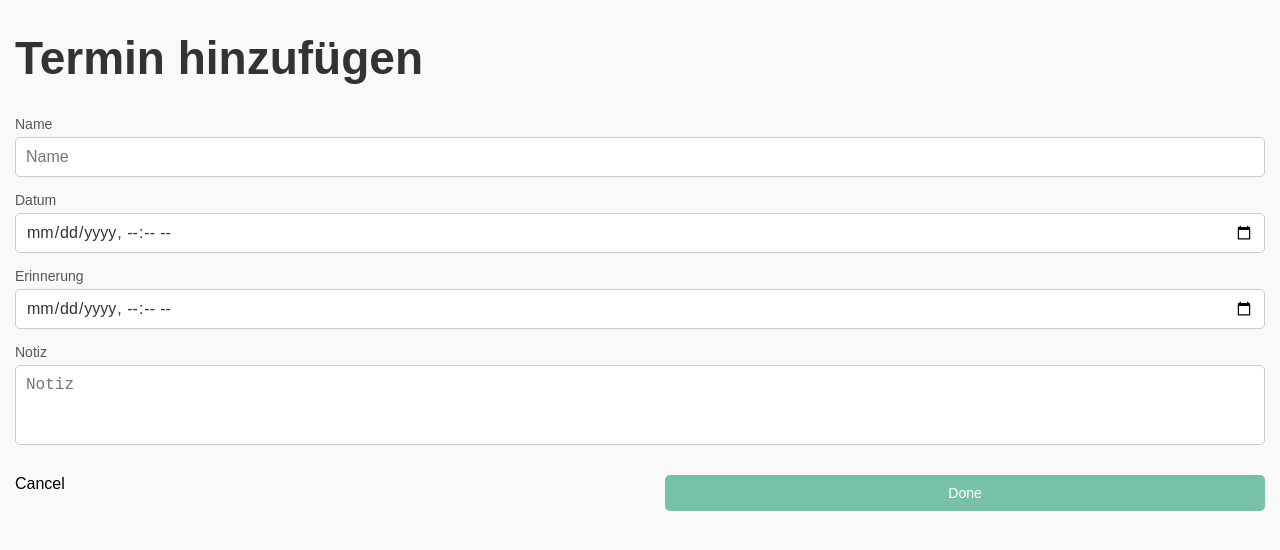
Repository: jakemoes/Pet-Tracker
Page: PWA/addAppointment.html
The author's editor kept a copy of each file at every save. The page is drawn from the files as they stood at one save, then again after the next save.
The browser window is 1280 px wide. The pictures show the whole page.

Above is the page before, as saved 2024-12-06 20:05:18.

### PWA/addAppointment.html
<!DOCTYPE html>
<html lang="de">
<head>
    <meta charset="UTF-8">
    <meta name="viewport" content="width=device-width, initial-scale=1.0">
    <link rel="stylesheet" href="addAppointment.css">
    <title>Termin hinzufügen</title>
</head>
<body>
    <div class="form-container">
        <h1>Termin hinzufügen</h1>
        <form>
            <label for="name">Name</label>
            <input type="text" id="name" name="name" placeholder="Name">

            <label for="datum">Datum</label>
            <input type="datetime-local" id="datum" name="datetime">

            <label for="erinnerung">Erinnerung</label>
            <input type="datetime-local" id="erinnerung" name="erinnerung">

            <label for="notiz">Notiz</label>
            <textarea id="notiz" name="notiz" placeholder="Notiz"></textarea>

            <div class="button-container">
                <form type="button" type="onclick" href="appointment.html" class="cancel-btn">Cancel</form>
                <button type="submit" class="done-btn">Done</button>
            </div>
        </form>
    </div>
</body>
</html>

### PWA/addAppointment.css
body {
    font-family: Arial, sans-serif;
    margin: 0;
    padding: 0;
    background-color: #f9f9f9;
    width: 100%;
    overflow: hidden;
}

.container {
    max-width: 100%;
    max-height: 100%;
    margin-top: 15px;
    margin-right: 15px;
    margin-left: 15px;
}

header {
    display: flex;
    justify-content: space-between;
    align-items: center;
}

h1 {

    position: relative;
    font-size: 46px;
    text-align: left;
    margin-left: 15px;
    color: #333;

}

form {
    display: flex;
    flex-direction: column;
    width: 100%; /* Form nimmt die volle Breite der Webseite ein */
    padding: 0 15px; /* 15px Abstand an beiden Seiten */
    box-sizing: border-box; /* Padding wird in der Breitenberechnung berücksichtigt */
    max-width: 100%; /* Verhindert, dass das Formular breiter als der Bildschirm wird */
}

label {
    margin-bottom: 5px;
    color: #555;
    font-size: 14px;
}

input, textarea {
    margin-bottom: 15px; /* Abstand zwischen den Eingabefeldern */
    padding: 10px;
    border: 1px solid #ccc;
    border-radius: 5px;
    font-size: 16px;
    width: 100%; /* Eingabefelder und Textarea nehmen die volle Breite des Formulars ein */
    box-sizing: border-box; /* Padding und Border werden in der Breitenberechnung berücksichtigt */
}

textarea {
    resize: none;
    height: 80px;
}

input[type="datetime-local"] {
    font-family: Arial, sans-serif; /* Einheitliche Schriftart */
    font-size: 16px; /* Schriftgröße */
    color: #333; /* Textfarbe */
    background-color: #FFF; /* Hintergrundfarbe */
    border: 1px solid #ccc; /* Rahmen */
    border-radius: 5px; /* Abgerundete Ecken */
    padding: 10px; /* Innenabstand */
    box-sizing: border-box; /* Verhindert Überschreiten der Breite */
    width: 100%; /* Volle Breite */
    max-width: 100%; /* Maximalbreite verhindern */
    height: 40px;
    appearance: none; /* Entfernt die native Darstellung */
    text-align: left;
}

/* Anpassung für iOS Safari */
input[type="date"]::-webkit-calendar-picker-indicator {
    background: transparent; /* Hintergrund des Kalendersymbols */
    color: #333; /* Farbe des Symbols (falls sichtbar) */
    cursor: pointer; /* Cursor-Stil */
}

.button-container {
    display: flex;
    justify-content: space-between;
    width: 100%; /* Container für Buttons nimmt die volle Breite des Formulars ein */
    margin-top: 15px;
}

.cancel-btn, .done-btn {
    border: none;
    border-radius: 5px;
    padding: 10px 15px;
    font-size: 14px;
    cursor: pointer;
    width: 48%; /* Buttons nehmen jeweils 48% der Breite des Containers ein */
}

.cancel-btn {
    background-color: #e0e0e0;
    color: #333;
}

.done-btn {
    background-color: #77c1a9;
    color: #fff;
}

.cancel-btn:hover {
    background-color: #d6d6d6;
}

.done-btn:hover {
    background-color: #66b398;
}

After the next save:
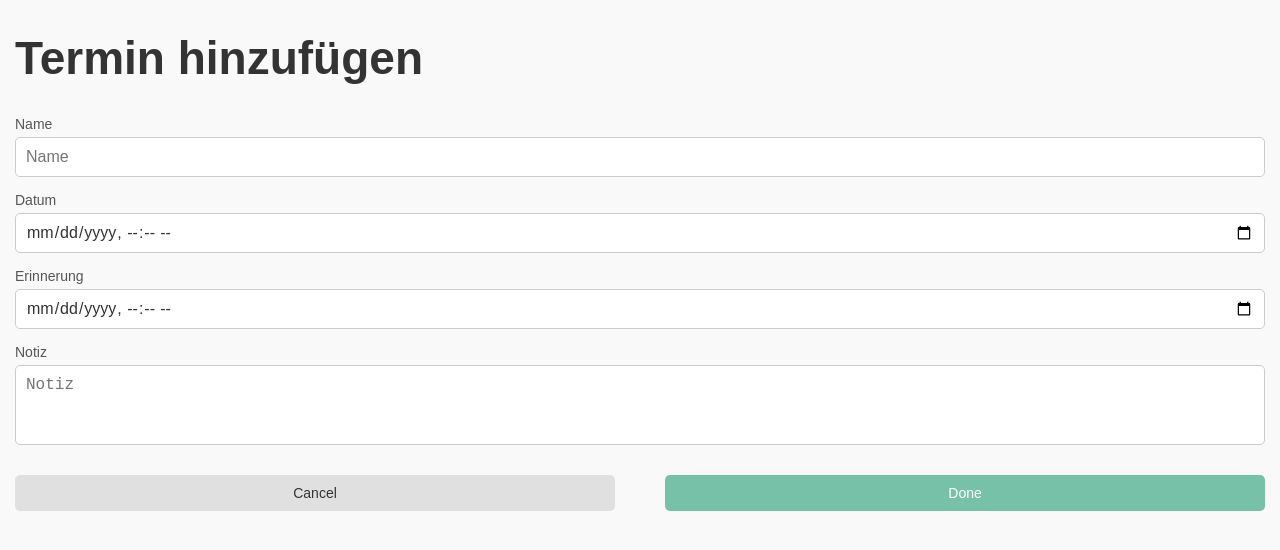
Saved 21 s later.
--- a/PWA/addAppointment.html
+++ b/PWA/addAppointment.html
@@ -23,7 +23,9 @@
             <textarea id="notiz" name="notiz" placeholder="Notiz"></textarea>
 
             <div class="button-container">
-                <form type="button" type="onclick" href="appointment.html" class="cancel-btn">Cancel</form>
+                <form href="appointment.html">
+                    <button type="button" onclick=""appointment.html" class="cancel-btn">Cancel</button>
+                </a>
                 <button type="submit" class="done-btn">Done</button>
             </div>
         </form>
